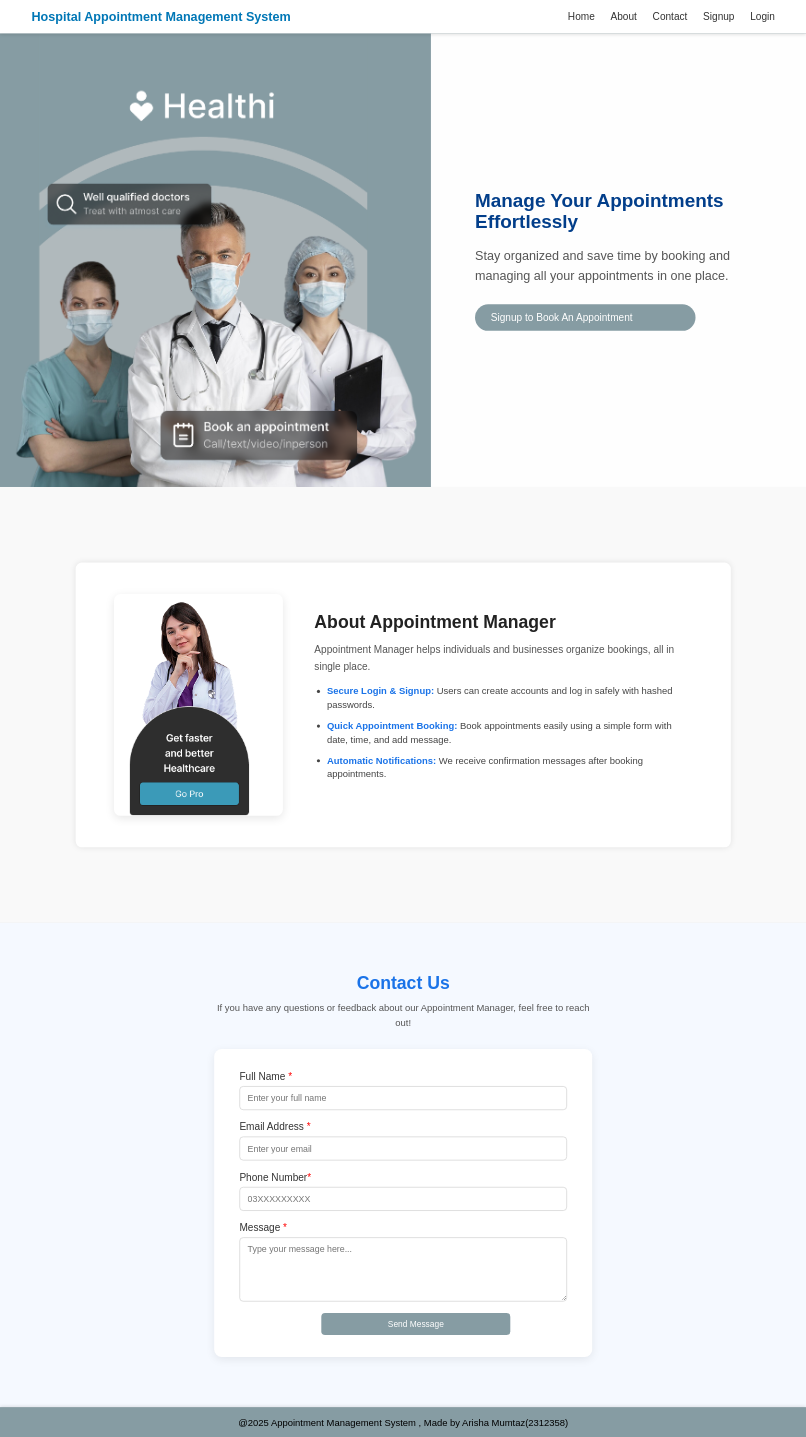
Repository: Arisha004/hospital-management-midterm-
Page: http://localhost/landingpage.html
These files come from the project's save history. The page is drawn as it stood at one moment and after a run of saves; the edit follows.
The browser window is 1280 px wide. The pictures show the whole page, at 63% of full size.
The page is run by PHP 8.4 with error messages shown; the project is at /var/www/html/.

Above is the page before, as saved 2025-11-02 20:12:10.

### landingpage.html

<html>
<head>
  <title>Appointment Management System</title>
  <link rel="stylesheet" href="style.css">
  <style>
  .container1 { width: 22%;margin: 40px auto; background: #fff; padding: 20px; border-radius: 8px; box-shadow: 0 0 10px rgba(0,0,0,0.1); }
  h2 {  color: #007bff; }
    button{
  display: inline-block;
  background-color: #869CA3;
  color: #fff;
  padding: 10px 22px;
  border: none;
  border-radius: 6px;
  cursor: pointer;
  font-weight: 500;
  transition: 0.3s;
   text-align: center;
}


button:hover {
  background-color: #7498a3;
}
a{
  color: white;
  text-decoration: none;
}
  </style>
</head>
<body>
  <header class="navbar">
    <div class="logo">Hospital Appointment Management System</div>
    <nav>
      <ul>
        <li><a href="#landing">Home</a></li>
        <li><a href="about.html">About</a></li>
        <li><a href="contact.html">Contact</a></li>
        <li><a href="signup.php">Signup</a></li>
        <li><a href="login.php">Login</a></li>

      </ul>
    </nav>
  </header>


  <section class="landing">
      <div class="right"></div>
    <div class="left">
      <h1>Manage Your Appointments Effortlessly</h1>
      <p>Stay organized and save time by booking and managing all your appointments in one place.</p>
      <a href="signup.php" class="btn">Signup to Book An Appointment</a>
    </div>

  </section>



  <section id="about" class="about">
    <div class="container about-inner">
      <div class="about-image" aria-hidden="true">

        <img src="images/pic2.png" alt="" />
      </div>
      <div class="about-content">
        <h2>About Appointment Manager</h2>
        <p>Appointment Manager helps individuals and businesses organize bookings, all in single place.</p>
        <ul class="features">
              <li><strong>Secure Login & Signup:</strong> Users can create accounts and log in safely with hashed passwords.</li>
<li><strong>Quick Appointment Booking:</strong> Book appointments easily using a simple form with date, time, and add message.</li>
<li><strong>Automatic Notifications:</strong> We receive confirmation messages after booking appointments.</li>

        </ul>
      </div>
    </div>
  </section>

<section id="contact" class="contact">
    <div class="container contact-inner">
      <h2>Contact Us</h2>
      <p>If you have any questions or feedback about our Appointment Manager, feel free to reach out!</p>

      <form action="insertcontactform.php" method="post" class="contact-form">
        <div class="form-group">
          <label>Full Name <span>*</span></label>
          <input type="text" id="name" name="name" placeholder="Enter your full name" pattern="^[A-Za-z]{3,}( [A-Za-z]+)?$" title="Full name should contain only letters and spaces, and must be at least 3 characters long.">

        </div>

        <div class="form-group">
          <label>Email Address <span>*</span></label>
          <input type="email" id="email" name="email" placeholder="Enter your email" title="Please enter a valid email address, e.g. example@gmail.com." required>
        </div>

        <div class="form-group">
          <label>Phone Number<span>*</span></label>
          <input type="tel" id="phone" name="phone" placeholder="03XXXXXXXXX" required pattern="[0-9]{11}" title="Enter 11-digit number only">
        </div>

        <div class="form-group">
          <label>Message <span>*</span></label>
          <textarea id="message" name="message" rows="5" placeholder="Type your message here..." required  pattern=".*\S.*" minlength="10"  title="Message must be at least 10 characters long.Cannot enter only spaces"></textarea>
        </div>

        <button type="submit" class="btn">Send Message</button>
      </form>
    </div>
</section>



  <footer>
    <p> @2025 Appointment Management System , Made by Arisha Mumtaz(2312358)</p>
  </footer>
</body>
</html>

### style.css
/* Reset and fonts */
* {
  margin: 0;
  padding: 0;
  font-family: 'Poppins', sans-serif;
}
/*Keep my element width exactly what I say. If I add padding or border,
 shrink the content to fit inside.”*/

body {
  background: #869CA3;
  color: #333;
}
/* About Section */
.about {
  background-color: #f9f9f9;
  padding: 80px 0;
}

.about-inner {
  width: 85%;
  max-width: 1100px;
  margin: 0 auto;
  display: flex;
  align-items: center;
  justify-content: space-between;
  gap: 50px;
  flex-wrap: wrap; /* makes it responsive */
}

.about-image img {
  width: 100%;
  max-width: 450px;
  border-radius: 10px;
  box-shadow: 0 4px 15px rgba(0,0,0,0.1);
}

.about-content {
  flex: 1;
  min-width: 300px;
}

.about-content h2 {
  font-size: 28px;
  color: #1a73e8;
  margin-bottom: 15px;
}

.about-content p {
  font-size: 16px;
  color: #555;
  line-height: 1.6;
  margin-bottom: 20px;
}

.features {
  list-style: none;
  padding: 0;
  margin-bottom: 25px;
}

.features li {
  margin-bottom: 10px;
  color: #444;
  font-size: 15px;
  line-height: 1.5;
}

.features strong {
  color: #1a73e8;
}


/* Contact Section */
.contact {
  background-color: #f5f9ff;
  padding: 80px 0;
}

.contact-inner {
  width: 85%;
  max-width: 600px;
  margin: 0 auto;
  text-align: center;
}

.contact h2 {
  font-size: 28px;
  color: #1a73e8;
  margin-bottom: 10px;
}

.contact p {
  color: #555;
  margin-bottom: 30px;
  font-size: 15px;
  line-height: 1.6;
}

.contact-form {
  background-color: #fff;
  padding: 35px 40px;
  border-radius: 12px;
  box-shadow: 0 4px 15px rgba(0,0,0,0.08);
  text-align: left;
}

.form-group {
  margin-bottom: 18px;
}

label {
  display: block;
  font-weight: 500;
  margin-bottom: 6px;
  color: #333;
}

label span {
  color: red;
}

input, textarea {
  width: 100%;
  padding: 10px 12px;
  border: 1px solid #ccc;
  border-radius: 6px;
  font-size: 14px;
  outline: none;
  transition: border-color 0.3s ease;
}

input:focus, textarea:focus {
  border-color: #1a73e8;
  box-shadow: 0 0 5px rgba(26,115,232,0.3);
}


.contact-form .btn {
  display: inline-block;
  background-color: #869CA3;
  color: #fff;
  padding: 10px 22px;
  border: none;
  border-radius: 6px;
  cursor: pointer;
  font-weight: 500;

  margin-left: 130px;
  transition: 0.3s;
   text-align: center;
}

.contact-form .btn:hover {
  background-color: #7498a3;
}

/* Navbar */
.navbar {
  display: flex;
  justify-content: space-between;
  align-items: center;
  padding: 15px 50px;
  background: #fff;
  box-shadow: 0 2px 5px rgba(0,0,0,0.1);
  position: sticky;
  top: 0;
  z-index: 10;
}

.navbar .logo {
  font-weight: 700;
  font-size: 20px;
  color: #0077b6;
}

.navbar ul {
  display: flex;
  list-style: none;
}

.navbar ul li a {
  text-decoration: none;
  color: #333;
  margin-left: 25px;
}

.navbar ul li a:hover {
  color: #0077b6;
}

/* Split Landing Section */
.landing {
  display: flex; /*makes .landing a flex container.*/
  height: 100vh;
}


  button{

  display: inline-block;
  background-color: #869CA3;
  color: #fff;
  padding: 10px 22px;
  border: none;
  border-radius: 6px;
  cursor: pointer;
  font-weight: 500;

   text-align: center;
}

button:hover {
  background-color: #7498a3;
  transform: translateY(-2px);
}
/* Left Text Section */
.landing .left {
  flex: 1;
  width: 50%;
  display: flex;
  flex-direction: column; /*flex-direction: column; → children stack vertically.*/
  justify-content: center;
  padding: 0 70px; /*adds 70px space on left and right (inner spacing).*/
  background: #fefefe;
}


.landing .left h1 {
  font-size: 30px;
  color: #023e8a;
  margin-bottom: 20px;
}

.landing .left p {
  font-size: 20px;
  color: #555;
  margin-bottom: 30px;
  line-height: 1.6;
}

.btn {
  background: #869CA3;
  color: #fff;
  padding: 12px 25px;
  border-radius: 30px;
  text-decoration: none;
  font-weight: 300;
  transition: 0.3s;
  width: 300px;
}

.btn:hover {
  background: #7498a3;
}

/* Right Image Section */
.landing .right {
  flex: 1.5;
  background:url(images/pic1.png);
  background-repeat: no-repeat;
  background-size: cover;
  position: relative;
}





.form1-container {
  width: 520px;
  margin: 80px auto;
  background: white;
  padding: 20px;
  border-radius: 8px;
  box-shadow: 0 0 5px gray; /*box-shadow: horizontal-offset vertical-offset blur-radius color;*/
/*his shadow is directly behind the element, slightly blurred (5px), and gray in color. No shifting horizontally or vertically*/
}

.form1-container h2 {
  text-align: center;
  color: #333;
}

.form1-container label {
  display: block;
  margin-top: 10px;
  color: #555;
}

.form1-container input {
  width: 100%;
  padding: 8px;
  margin-top: 5px;
  border: 1px solid #ccc;
  border-radius: 4px;
}

.form1-container button {
  width: 100%;
  margin-top: 15px;
  padding: 10px;
  background: #869CA3;
  border: none;
  color: white;
  border-radius: 4px;
  cursor: pointer;
}

.form1-container button:hover {
  background: #7498a3;
}

.form1-container p {
  text-align: center;
  margin-top: 10px;
}

.success {
  text-align: center;
  background: #d4edda;
  color: #155724;
  padding: 8px;
  border-radius: 5px;
  margin: 10px auto;
  width: 320px;
}

.error {
  text-align: center;
  background: #f8d7da;
  color: #721c24;
  padding: 8px;
  border-radius: 5px;
  margin: 10px auto;
  width: 320px;
}

/* Footer */
footer {
  text-align: center;
  padding: 15px;
 background-color:#869CA3;
        color: black;
  box-shadow: 0 -2px 5px rgba(0,0,0,0.1);
  font-size: 15px;

}

/* --- About Section --- */
.container.about-inner {
  display: flex;
  flex-wrap: wrap;
  justify-content: center;
  align-items: center;
  padding: 50px 20px;
  background-color: #fff;
  margin: 40px auto;
  max-width: 1000px;
  border-radius: 10px;
  box-shadow: 0 0 10px rgba(0,0,0,0.1);
}


/* --- About Content --- */
.about-content {
  max-width: 600px;
}

.about-content h2 {
  font-size: 28px;
  margin-bottom: 15px;
  color: #222;
}

.about-content p {
  font-size: 16px;
  line-height: 1.6;
  margin-bottom: 15px;
}

.features {
  list-style-type: disc;
  padding-left: 20px;
}

.features li {
  margin-bottom: 10px;
}

After the next 2 saves:
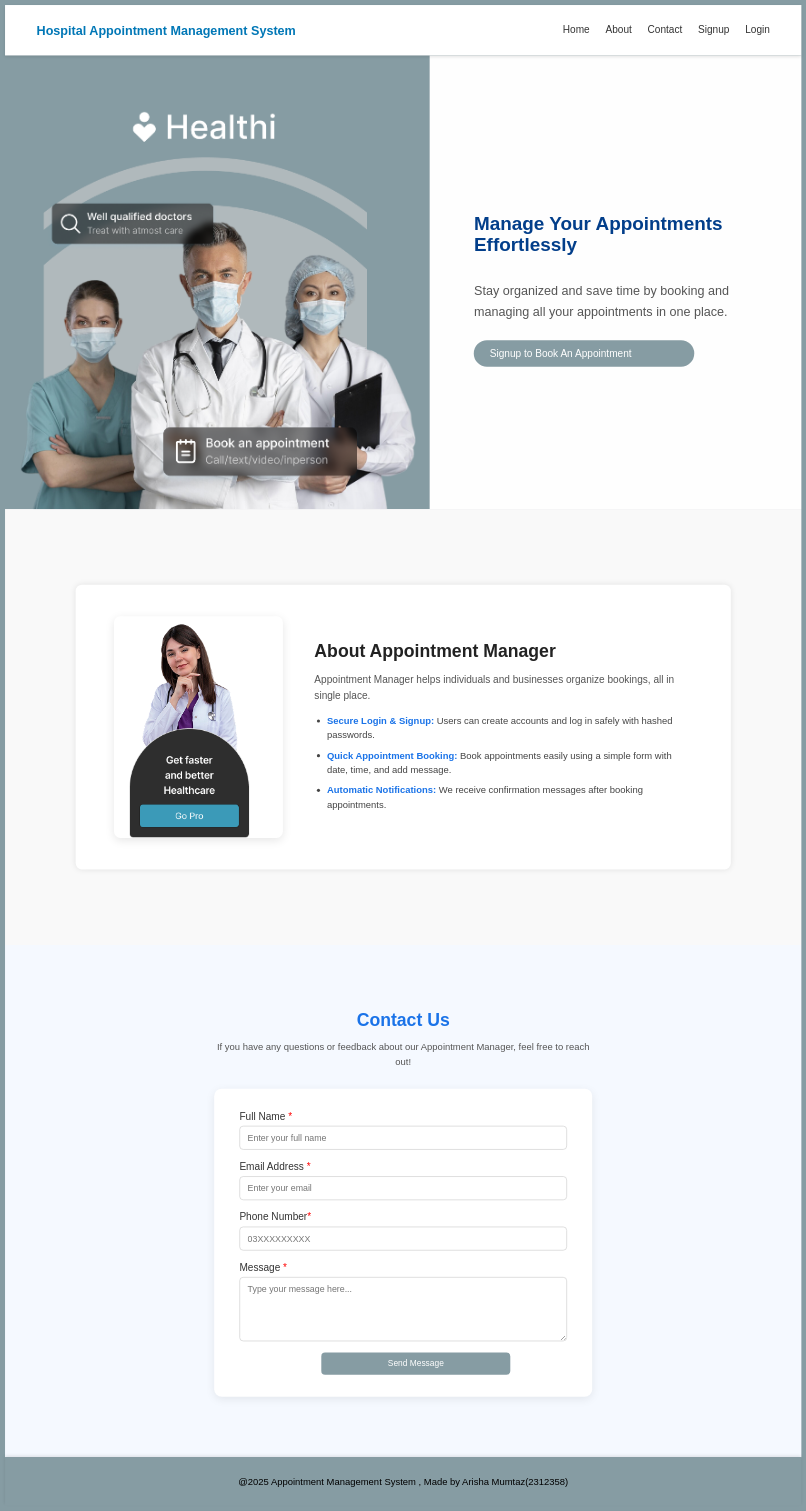
The 2 saves are shown as one change because they came seconds apart.
The last was saved 15 s later.
--- a/style.css
+++ b/style.css
@@ -1,11 +1,7 @@
 /* Reset and fonts */
 * {
-  margin: 0;
-  padding: 0;
   font-family: 'Poppins', sans-serif;
 }
-/*Keep my element width exactly what I say. If I add padding or border,
- shrink the content to fit inside.”*/
 
 body {
   background: #869CA3;

After the 3 saves that followed:
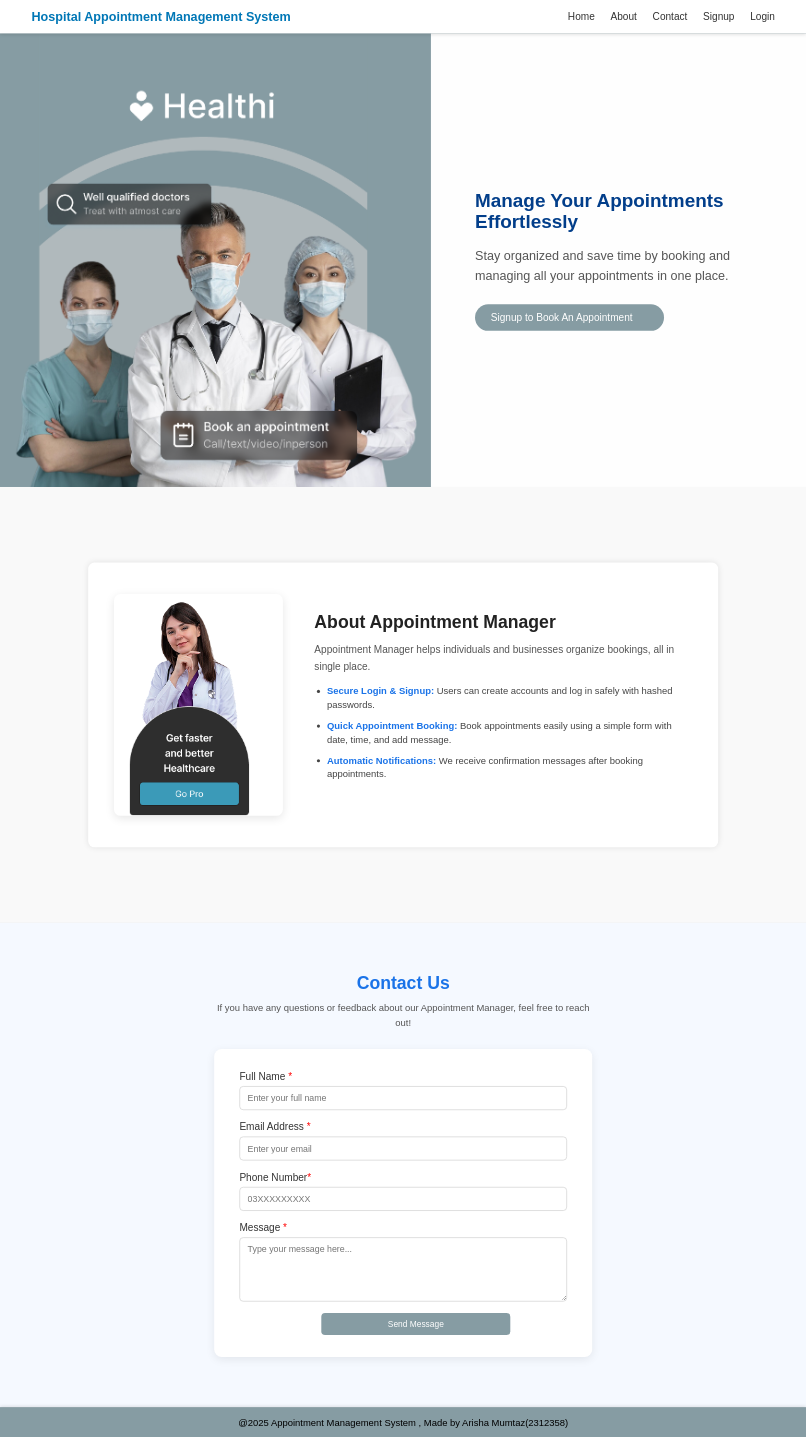
The 3 saves are shown as one change because they came seconds apart.
The last was saved 42 s later.
--- a/style.css
+++ b/style.css
@@ -1,7 +1,12 @@
 /* Reset and fonts */
 * {
+  margin: 0;
+  padding: 0;
+  box-sizing: border-box; /*the content width shrinks automatically to fit inside the 200px along with padding and border.*/
   font-family: 'Poppins', sans-serif;
 }
+/*Keep my element width exactly what I say. If I add padding or border,
+ shrink the content to fit inside.”*/
 
 body {
   background: #869CA3;
